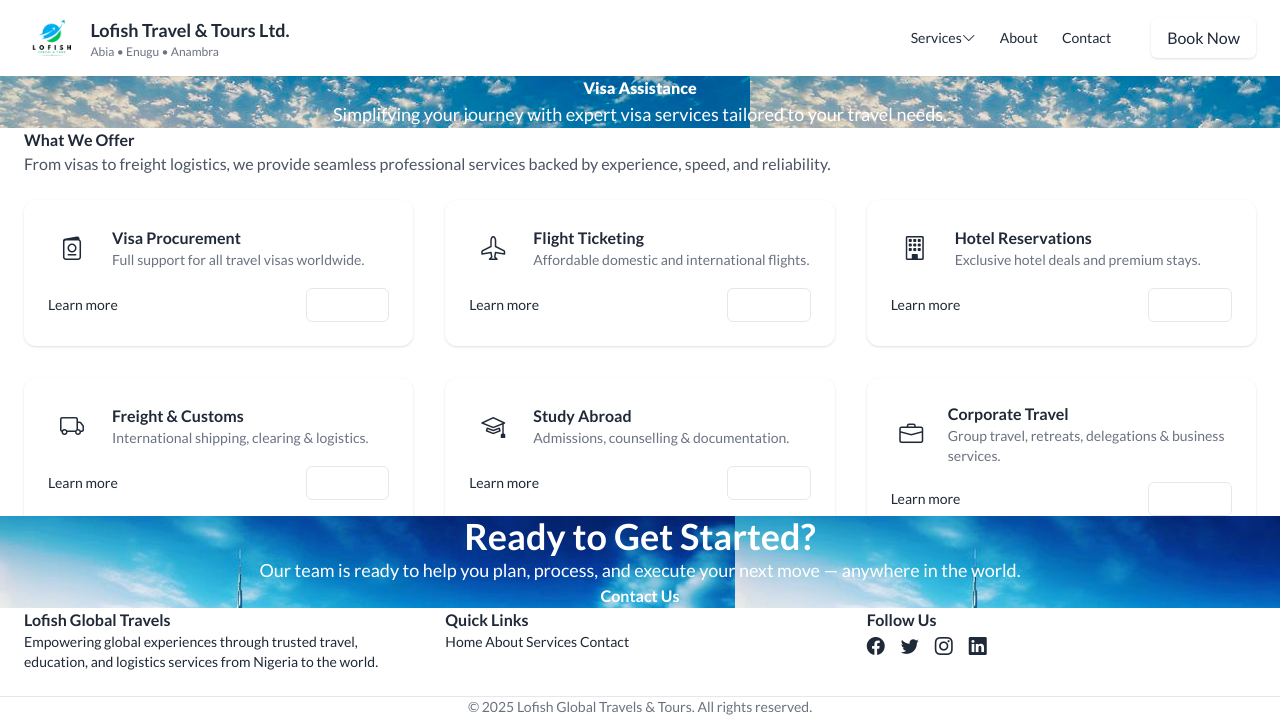
Repository: PhantomMiles/Lofish-Travels-and-Tours
Page: visa.html
These files come from the project's save history. The page is drawn as it stood at one moment and after a run of saves; the edit follows.
The browser window is 1280 px wide. The pictures show the whole page.

Above is the page before, as saved 2025-11-14 12:27:13.

After the next 3 saves:
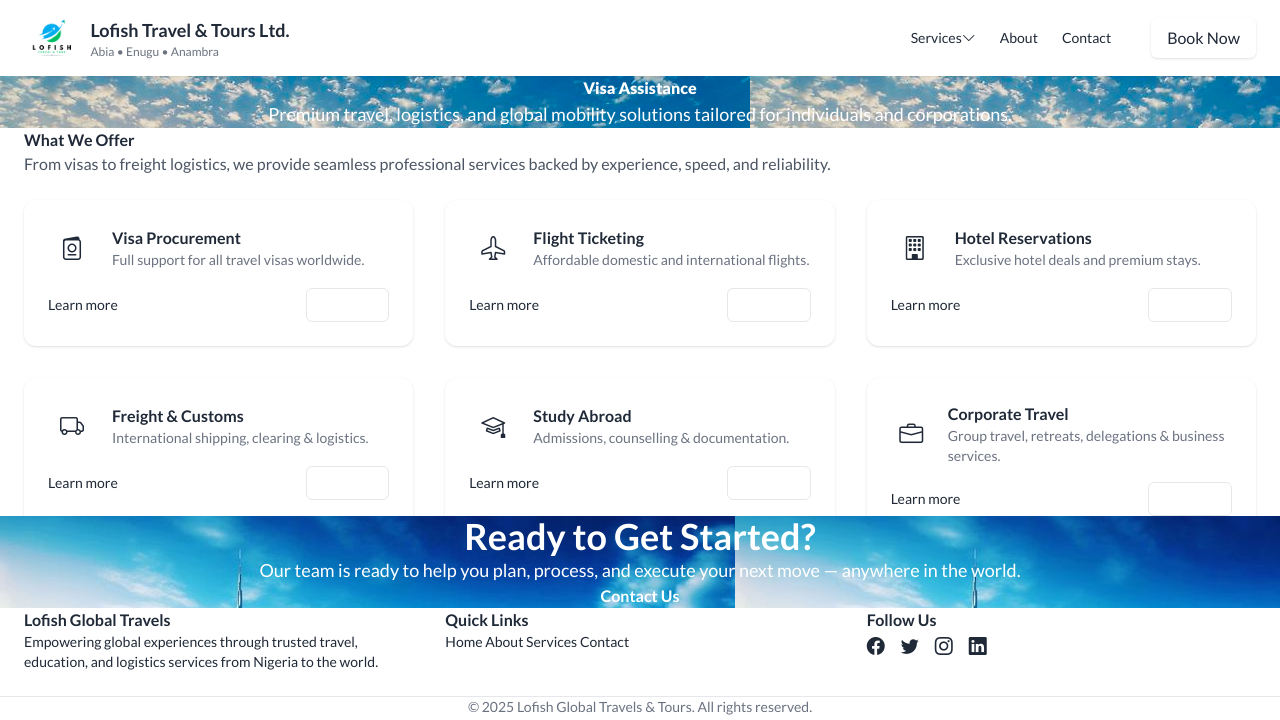
The 3 saves are shown as one change because they came seconds apart.
The last was saved 13 s later.
--- a/visa.html
+++ b/visa.html
@@ -107,8 +107,9 @@
     <div class="absolute inset-0 bg-black/50"></div>
     <div class="relative z-10 max-w-4xl px-6 mx-auto text-center text-white">
       <h1 class="mb-4 text-5xl font-extrabold">Visa Assistance</h1>
-        <p class="text-lg">
-            Simplifying your journey with expert visa services tailored to your travel needs.
+      <p class="text-lg text-gray-200">
+        Premium travel, logistics, and global mobility solutions tailored for individuals and corporations.
+      </p>
     </div>
   </section>
 
